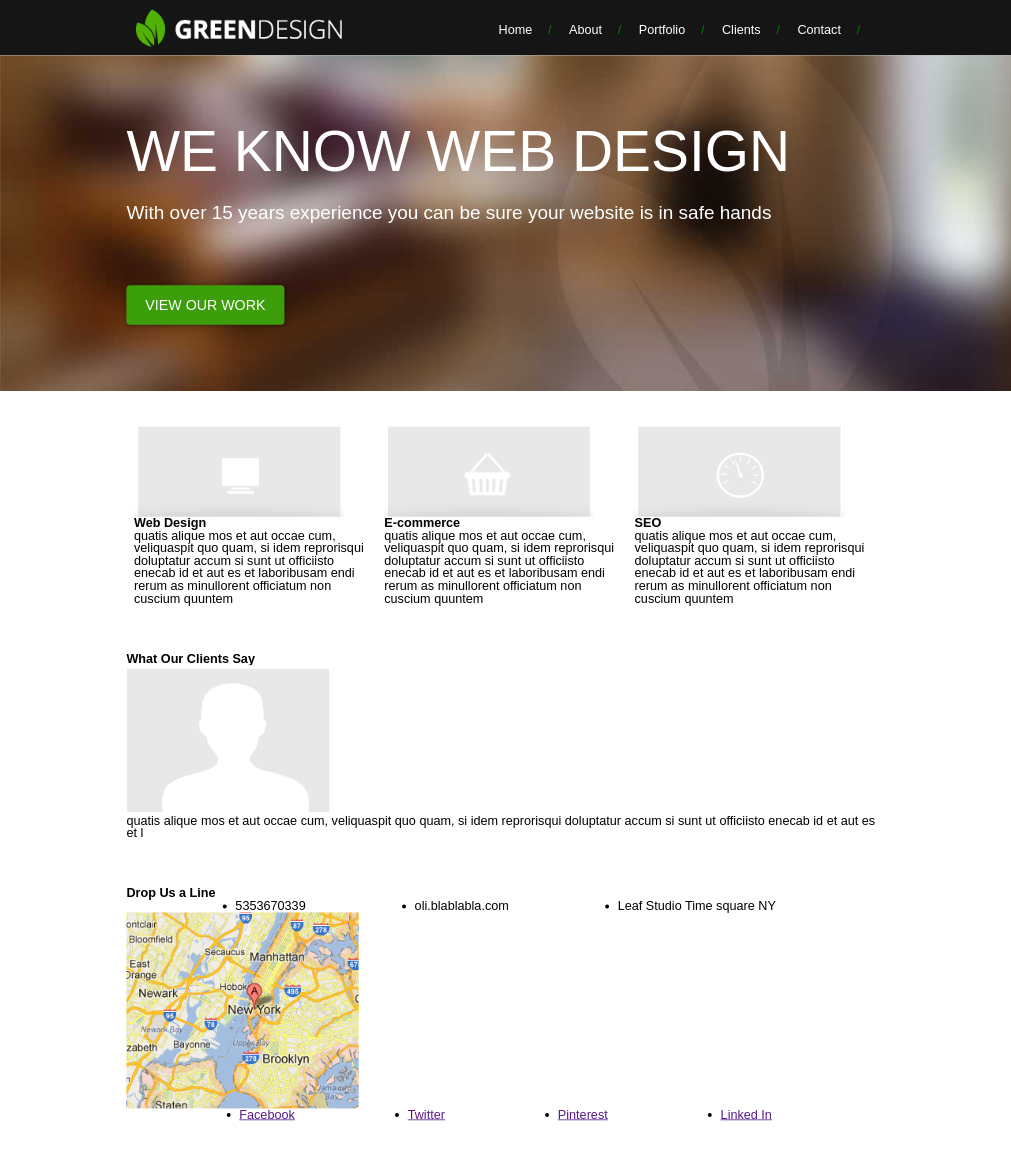
Repository: Piterwk1/psd-to-html
Page: website/index.html
These files come from the project's save history. The page is drawn as it stood at one moment and after the next save; the edit follows.
The browser window is 1280 px wide. The pictures show the whole page, at 79% of full size.

Above is the page before, as saved 2021-09-14 21:05:32.

### website/index.html
<html lang="en">

<head>
    <meta charset="UTF-8">
    <meta http-equiv="X-UA-Compatible" content="IE=edge">
    <meta name="viewport" content="width=device-width, initial-scale=1.0">
    <title>Green Design</title>
    <link rel="stylesheet" href="style.css">
</head>

<body>
    <header>
        <div class="wrapper">
            <h1 id="logo">Green Design</h1>
            <nav>
                <h2>Main Navigation</h2>
                <ul>
                    <li><a href="">Home</a><span>/</span></li>
                    <li><a href="">About</a><span>/</span></li>
                    <li><a href="">Portfolio</a><span>/</span></li>
                    <li><a href="">Clients</a><span>/</span></li>
                    <li><a href="">Contact</a><span>/</span></li>
                </ul>
            </nav>
        </div>
    </header>
    <div id="lead-banner">
        <img src="images/Baner.jpg" alt="main banner">
        <div class="banner-overlay">
            <div class="wrapper">
                <div class="banner-title">We know web Design</div>
                <p>With over 15 years experience you can be sure your website is in safe hands</p>
                <a href="">View our work</a>
            </div>
        </div>
    </div>
    <div id="main-content">

        <div class="wrapper">

            <section id="points-of-sale">
                <h2>Point of Sale</h2>
                <ul>
                    <li>
                        <img src="images/cs1.png" alt="Web Design">
                        <h3>Web Design</h3>
                        <p>quatis alique mos et aut occae cum, veliquaspit quo quam, si idem reprorisqui doluptatur
                            accum si
                            sunt ut officiisto enecab id et aut es et laboribusam endi rerum as minullorent officiatum
                            non
                            cuscium quuntem</p>
                    </li>
                    <li>
                        <img src="images/cs2.png" alt="E-commerce">
                        <h3>E-commerce</h3>
                        <p>quatis alique mos et aut occae cum, veliquaspit quo quam, si idem reprorisqui doluptatur
                            accum si
                            sunt ut officiisto enecab id et aut es et laboribusam endi rerum as minullorent officiatum
                            non
                            cuscium quuntem</p>
                    </li>
                    <li>
                        <img src="images/cs3.png" alt="SEO">
                        <h3>SEO</h3>
                        <p>quatis alique mos et aut occae cum, veliquaspit quo quam, si idem reprorisqui doluptatur
                            accum si
                            sunt ut officiisto enecab id et aut es et laboribusam endi rerum as minullorent officiatum
                            non
                            cuscium quuntem</p>
                    </li>
                </ul>
            </section>
            <section id="clients">
                <h2>What Our Clients Say</h2>
                <img src="images/head.png" alt="head">
                <!-- <img src="images/quotes.png" alt="quotes"> -->
                <blockquote>quatis alique mos et aut occae cum, veliquaspit quo quam, si idem reprorisqui doluptatur
                    accum
                    si sunt ut officiisto enecab id et aut es et l</blockquote>
            </section>
            <section id="contact">
                <h2>Drop Us a Line</h2>
                <ul id="contact-methods">
                    <li>5353670339</li>
                    <li>oli.blablabla.com</li>
                    <li>
                        <span>Leaf Studio</span>
                        <span>Time square</span>
                        <span>NY</span>
                    </li>
                </ul>
                <img src="images/map.png" alt="map">
                <ul id="social-map">
                    <li class="facebook"><a href="">Facebook</a></li>
                    <li class="twitter"><a href="">Twitter</a></li>
                    <li class="pinterest"><a href="">Pinterest</a></li>
                    <li class="linked-in"><a href="">Linked In</a></li>
                </ul>
            </section>
        </div>
    </div>
</body>

</html>

### website/style.css
html,
body,
div,
span,
object,
iframe,
h1,
h2,
h3,
h4,
h5,
h6,
p,
blockquote,
pre,
abbr,
address,
cite,
code,
del,
dfn,
em,
img,
ins,
kbd,
q,
samp,
small,
strong,
sub,
sup,
var,
b,
i,
dl,
dt,
dd,
ol,
ul,
li,
fieldset,
form,
label,
legend,
table,
caption,
tbody,
tfoot,
thead,
tr,
th,
td,
article,
aside,
canvas,
details,
figcaption,
figure,
footer,
header,
hgroup,
menu,
nav,
section,
summary,
time,
mark,
audio,
video {
  margin: 0;
  padding: 0;
  border: 0;
  outline: 0;
  font-size: 100%;
  vertical-align: baseline;
  background: transparent;
  font-family: arial;
}

body {
  line-height: 1;
}

article,
aside,
details,
figcaption,
figure,
footer,
header,
hgroup,
menu,
nav,
section {
  display: block;
}

nav ul {
  list-style: none;
}

blockquote,
q {
  quotes: none;
}

blockquote:before,
blockquote:after,
q:before,
q:after {
  content: "";
  content: none;
}

a {
  margin: 0;
  padding: 0;
  font-size: 100%;
  vertical-align: baseline;
  background: transparent;
}

/* change colours to suit your needs */
ins {
  background-color: #ff9;
  color: #000;
  text-decoration: none;
}

/* change colours to suit your needs */
mark {
  background-color: #ff9;
  color: #000;
  font-style: italic;
  font-weight: bold;
}

del {
  text-decoration: line-through;
}

abbr[title],
dfn[title] {
  border-bottom: 1px dotted;
  cursor: help;
}

table {
  border-collapse: collapse;
  border-spacing: 0;
}

/* change border colour to suit your needs */
hr {
  display: block;
  height: 1px;
  border: 0;
  border-top: 1px solid #cccccc;
  margin: 1em 0;
  padding: 0;
}

input,
select {
  vertical-align: middle;
}

header div {
  display: flex;
  justify-content: space-between;
  width: 100%;
  max-width: 960px;
  margin: 0 auto;
}

.wrapper {
  width: 100%;
  max-width: 960px;
  margin: 0 auto;
}

header {
  background: #151515;
}

#logo {
  background: url(images/Logo.png) no-repeat;
  height: 70px;
  width: 280px;
  text-indent: -100000px;
}

header nav {
  margin-top: 30px;
  margin-right: 20px;
  width: 50%;
}

header nav h2 {
  height: 0;
  text-indent: -100000px;
}
header nav a {
  color: #fff;
  text-decoration: none;
  font-family: arial;
}

header nav ul {
  display: flex;
  justify-content: space-around;
}

header nav span {
  color: green;
  margin-left: 20px;
}

#lead-banner img {
  width: 100%;
}

#lead-banner {
  max-height: 440px;
  overflow: hidden;
  position: relative;
}

.banner-overlay {
  position: absolute;
  top: 20%;
  width: 100%;
}

.banner-title {
  color: #fff;
  text-transform: uppercase;
  font-size: 72px;
}

#lead-banner p {
  color: #fff;
  font-size: 24px;
  min-width: 600px;
  margin-top: 30px;
}

#lead-banner a {
  color: #fff;
  display: block;
  width: 200px;
  font-size: 18px;
  text-align: center;
  padding: 16px 0;
  text-decoration: none;
  text-transform: uppercase;
  border-radius: 5px;
  margin-top: 80px;
  box-shadow: 1px 1px 6px rgba(0, 0, 0, 0.4);

  /* Permalink - use to edit and share this gradient: https://colorzilla.com/gradient-editor/#3c9e0a+0,3c9e0a+100 */
  background: #3c9e0a; /* Old browsers */
  background: -moz-linear-gradient(
    top,
    #3c9e0a 0%,
    #3c9e0a 100%
  ); /* FF3.6-15 */
  background: -webkit-linear-gradient(
    top,
    #3c9e0a 0%,
    #3c9e0a 100%
  ); /* Chrome10-25,Safari5.1-6 */
  background: linear-gradient(
    to bottom,
    #3c9e0a 0%,
    #3c9e0a 100%
  ); /* W3C, IE10+, FF16+, Chrome26+, Opera12+, Safari7+ */
  filter: progid:DXImageTransform.Microsoft.gradient( startColorstr='#3c9e0a', endColorstr='#3c9e0a',GradientType=0 ); /* IE6-9 */
}

section {
    margin: 40px 0 60px;
}

section#points-of-sale ul {
    list-style: none;
}

#points-of-sale h2 {
    height: 0;
    text-indent: -10000px;
}

section ul {
    display: flex;
    justify-content: space-evenly;
}

#points-of-sale li {
    width: 32%;
}

After the next save:
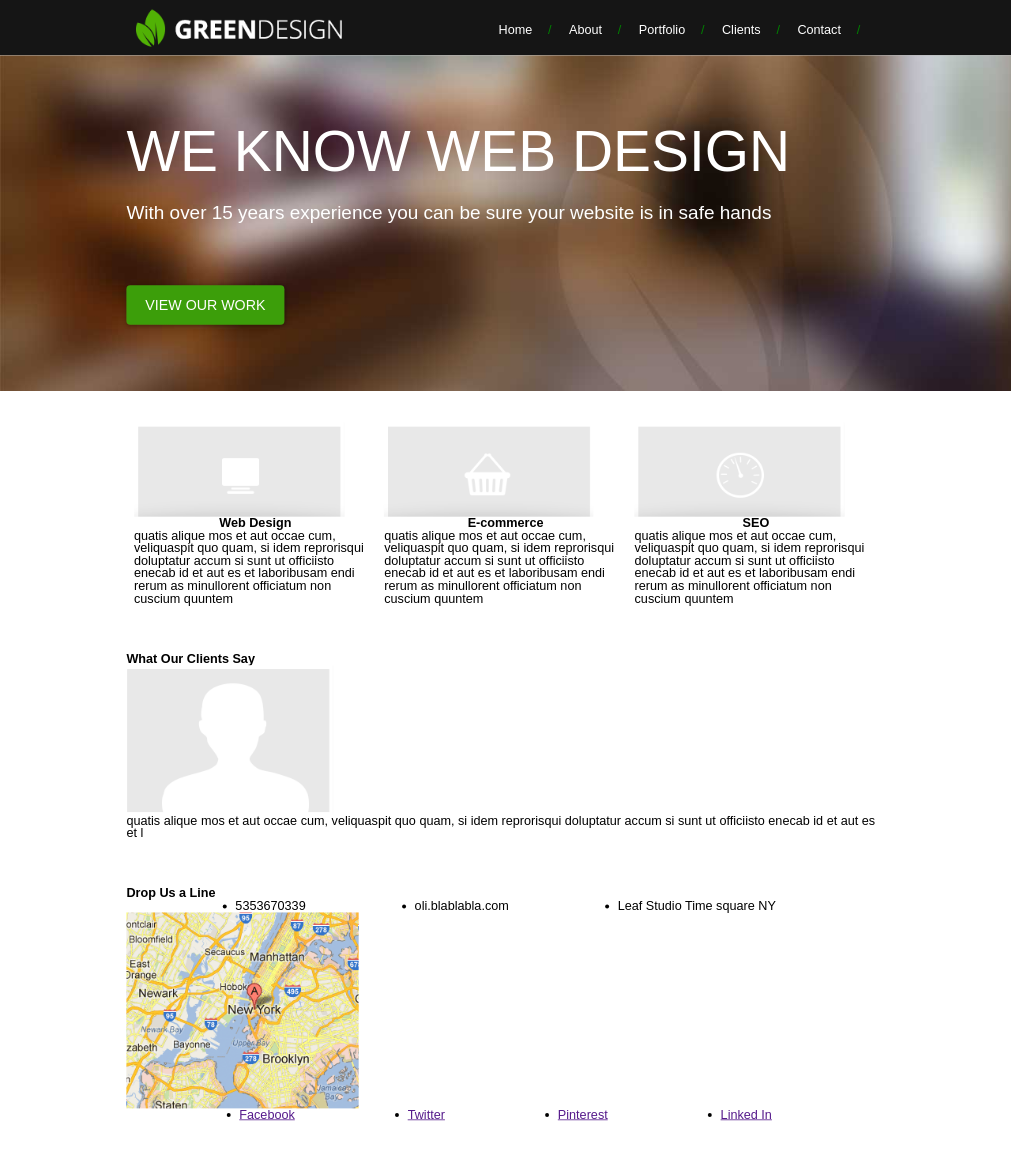
Saved 2 min 11 s later.
--- a/website/style.css
+++ b/website/style.css
@@ -299,3 +299,7 @@ section ul {
 #points-of-sale li {
     width: 32%;
 }
+
+#points-of-sale li h3 {
+    text-align: center;
+}
